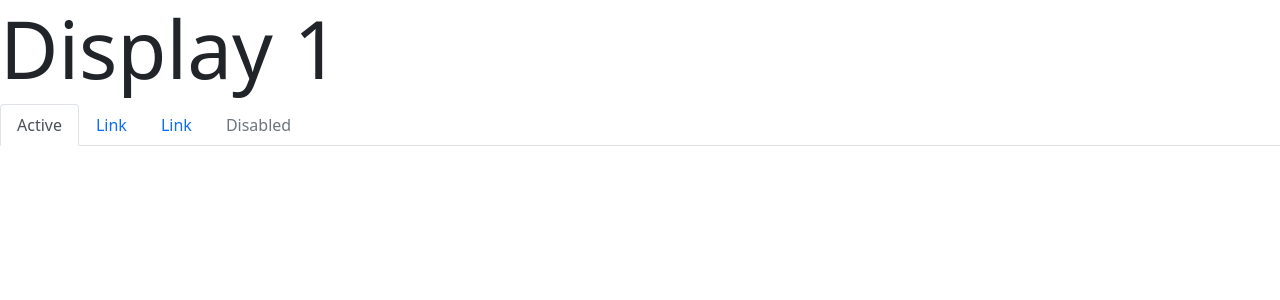
Repository: code8sam/SpringAndSpringBoot
Page: http://localhost/curdoperationsusingmvc/employee/display
These files come from the project's save history. The page is drawn as it stood at one moment and after the next save; the edit follows.
The browser window is 1280 px wide. The pictures show the whole page.
The page is served by Tomcat 9. Other server files are loaded and not shown.

Above is the page before, as saved 2022-04-07 11:53:52.

### springs/HESE7/curdoperationsusingmvc/src/main/webapp/WEB-INF/views/displayAllEmployees.jsp
<%@ page language="java" contentType="text/html; charset=ISO-8859-1"
	pageEncoding="ISO-8859-1"%>
<!DOCTYPE html>
<html>
<head>
<meta http-equiv="Content-Type" content="text/html; charset=ISO-8859-1">
<title>All Employees</title>

<link href="https://cdn.jsdelivr.net/npm/bootstrap@5.1.3/dist/css/bootstrap.min.css" rel="stylesheet" integrity="sha384-1BmE4kWBq78iYhFldvKuhfTAU6auU8tT94WrHftjDbrCEXSU1oBoqyl2QvZ6jIW3" crossorigin="anonymous">
<script src="https://cdn.jsdelivr.net/npm/bootstrap@5.1.3/dist/js/bootstrap.bundle.min.js" integrity="sha384-ka7Sk0Gln4gmtz2MlQnikT1wXgYsOg+OMhuP+IlRH9sENBO0LRn5q+8nbTov4+1p" crossorigin="anonymous"></script>
</head>
<body>
	<h1 class="display-1">Display 1</h1>

	<ul class="nav nav-tabs">
		<li class="nav-item"><a class="nav-link active"
			aria-current="page" href="#">Active</a></li>
		<li class="nav-item"><a class="nav-link" href="#">Link</a></li>
		<li class="nav-item"><a class="nav-link" href="#">Link</a></li>
		<li class="nav-item"><a class="nav-link disabled">Disabled</a></li>
	</ul>
</body>
</html>

After the next save:
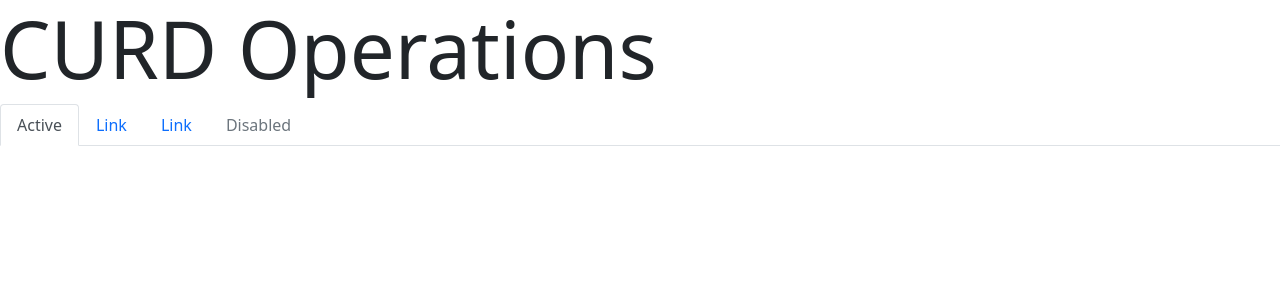
Saved 22 s later.
--- a/springs/HESE7/curdoperationsusingmvc/src/main/webapp/WEB-INF/views/displayAllEmployees.jsp
+++ b/springs/HESE7/curdoperationsusingmvc/src/main/webapp/WEB-INF/views/displayAllEmployees.jsp
@@ -10,7 +10,7 @@
 <script src="https://cdn.jsdelivr.net/npm/bootstrap@5.1.3/dist/js/bootstrap.bundle.min.js" integrity="sha384-ka7Sk0Gln4gmtz2MlQnikT1wXgYsOg+OMhuP+IlRH9sENBO0LRn5q+8nbTov4+1p" crossorigin="anonymous"></script>
 </head>
 <body>
-	<h1 class="display-1">Display 1</h1>
+	<h1 class="display-1">CURD Operations</h1>
 
 	<ul class="nav nav-tabs">
 		<li class="nav-item"><a class="nav-link active"
